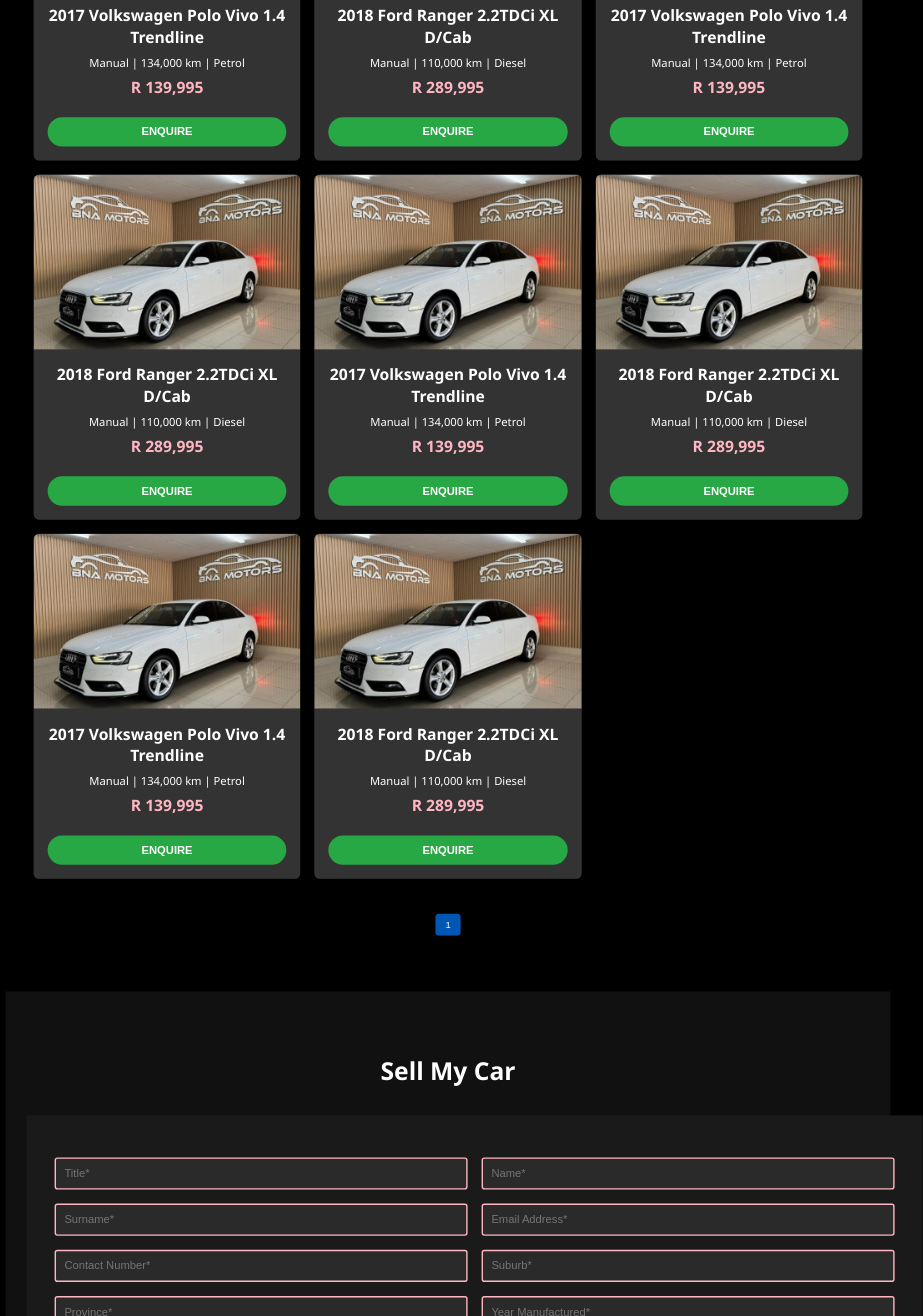
Repository: The-man-of-books/BNA2
Page: index.html
The author's editor kept a copy of each file at every save. The page is drawn from the files as they stood at one save, then again after the next save.
The browser window is 1280 px wide. The page is 1318 px wide, so the pictures cover 1318 px, including what lies to the right of the window. The pictures show the part of the page from y = 2718 to 4598 px (the page is 10743 px tall before and 10230 px after), at 70% of full size.

Above is the page before, as saved 2025-07-02 19:07:48.
Console error: TypeError: Cannot set properties of null (setting 'innerHTML')

After the next save:
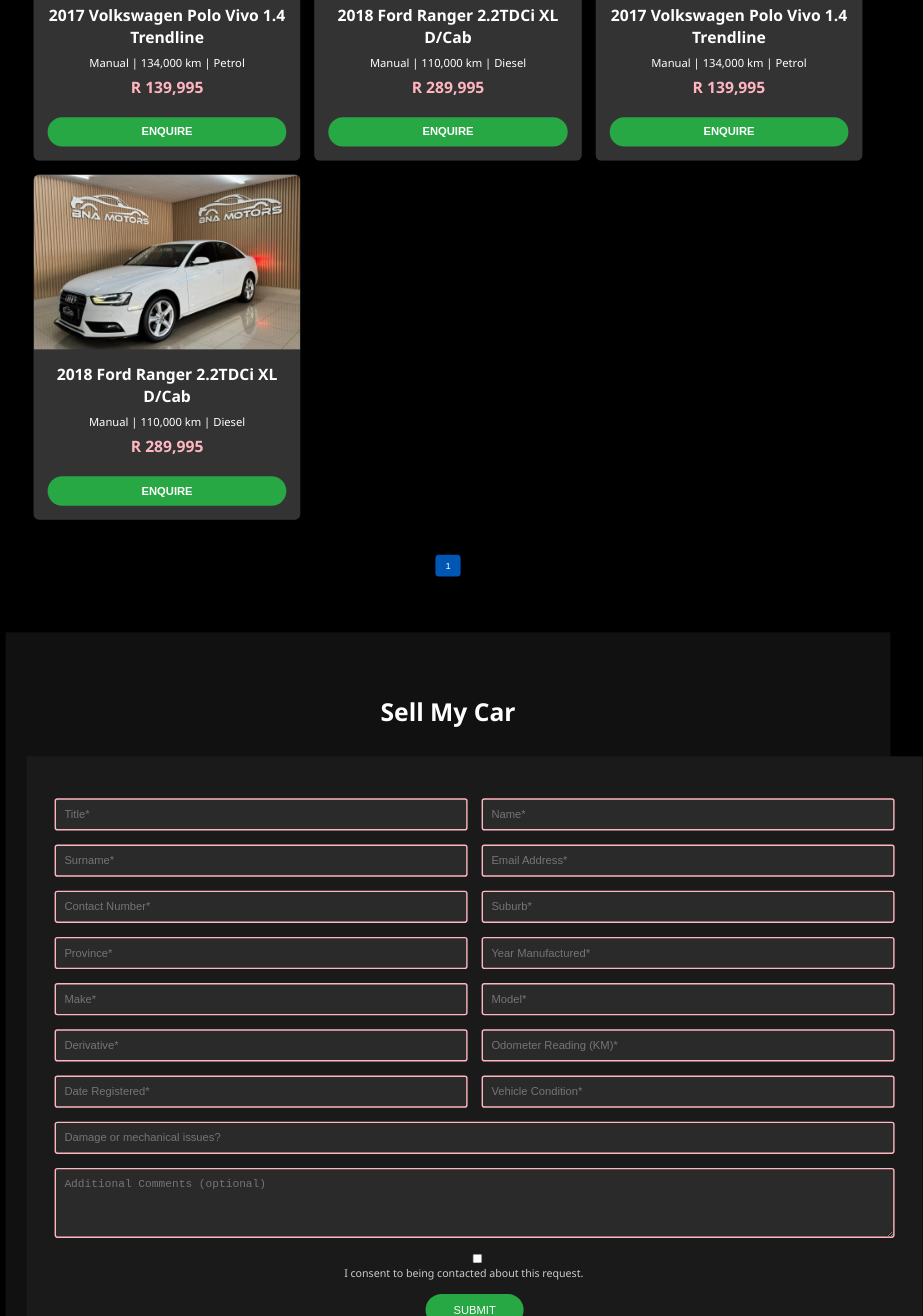
Saved 3 min 26 s later.
--- a/bank-repo-cars.json
+++ b/bank-repo-cars.json
@@ -1,17 +1,4 @@
-
 [
-  {
-    "title": "2017 Volkswagen Polo Vivo 1.4 Trendline",
-    "desc": "Manual | 134,000 km | Petrol",
-    "price": "R 139,995",
-    "image": "images/BNA9122-11.jpeg"
-  },
-  {
-    "title": "2018 Ford Ranger 2.2TDCi XL D/Cab",
-    "desc": "Manual | 110,000 km | Diesel",
-    "price": "R 289,995",
-    "image": "images/BNA9122-11.jpeg"
-  },
   {
     "title": "2017 Volkswagen Polo Vivo 1.4 Trendline",
     "desc": "Manual | 134,000 km | Petrol",
